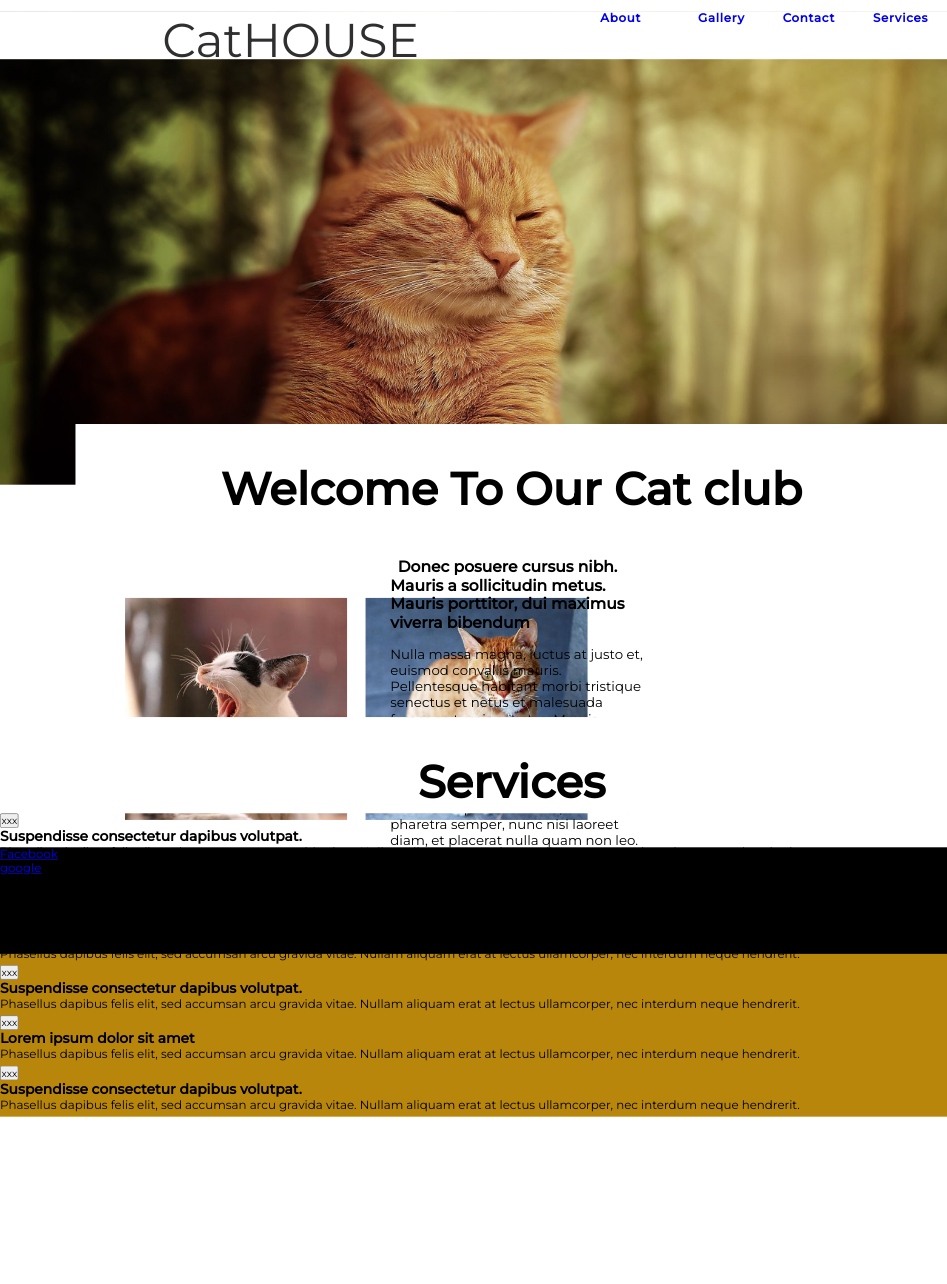
Repository: raul4264/final
Page: index.html
These files come from the project's save history. The page is drawn as it stood at one moment and after the next save; the edit follows.
The browser window is 1280 px wide. The pictures show the whole page, at 74% of full size.

Above is the page before, as saved 2021-03-23 13:14:51.

### index.html
<!DOCTYPE html>
<html lang="en">

<head>
    <meta charset="UTF-8" />
    <meta http-equiv="X-UA-Compatible" content="IE=edge" />
    <meta name="viewport" content="width=device-width, initial-scale=1.0" />
    <title>Cat House/Raul Novas</title>
    <link href="css/estilos.css" rel="stylesheet" type="text/css" />
</head>

<body>
<div id="grilla">
    <header>

        <div class="banner">


            <nav>
                <div class="item1"></div>
                <div class="item2"><span>Cat</span><span>HOUSE</span></div>


                <ul class="flex-container">
                    <li class="item3"><a href="about.html">About</li>
                    <li class="item4"><a href="Gallery.html">Gallery</a></li>
                    <li class="item5"><a href="Contact.html">Contact</a></li>
                    <li class="item6"><a href="Services.html ">Services</a></li>
                </ul>
            </nav>
        </div>

    </header>


    <main>
        <section class="welcome">
            <h2>Welcome To Our Cat club</h2>
            <div class="caja">

                <div class="container1 ">
                    <img src="images/2.jpg " alt="imagen2 " />
                    <img src="images/3.jpg " alt="imagen3 " />
                </div>



                <span class="container3 ">
                    <span class="uno">Donec posuere cursus nibh. Mauris a sollicitudin metus. Mauris porttitor, dui maximus viverra
                        bibendum</span>
                <p class="dos">Nulla massa magna, luctus at justo et, euismod convallis mauris. Pellentesque habitant morbi tristique senectus et netus et malesuada fames ac turpis egestas. Mauris rutrum fringilla fermentum.
                </p>
                <span class="dosbis">Donec tincidunt, eros quis consectetur maximus, nibh justo pretium diam, id vehicula lacus
                        nunc eu orci. Aliquam molestie, nibh vitae pharetra semper, nunc nisi laoreet diam, et placerat
                        nulla quam non leo.</span>
                </span>
            </div>
        </section>
        <section class="services">
            <h2>Services</h2>
            <div>
            <button>xxx</button>
            <h3>Suspendisse consectetur dapibus volutpat.</h3>
            <p>
                Phasellus dapibus felis elit, sed accumsan arcu gravida vitae. Nullam aliquam erat at lectus
                ullamcorper, nec interdum neque hendrerit.</p>
            </div>
            <div>
            <button>xxx</button>
            <h3>Lorem ipsum dolor sit amet</h3>
            <p>Phasellus dapibus felis elit, sed accumsan arcu gravida vitae. Nullam aliquam erat at lectus
                ullamcorper,
                nec interdum neque hendrerit.</p>
            </div>
            <div>
            <button>xxx</button>
            <h3>Suspendisse consectetur dapibus volutpat.</h3>
            <p>
                Phasellus dapibus felis elit, sed accumsan arcu gravida vitae. Nullam aliquam erat at lectus
                ullamcorper, nec interdum neque hendrerit.</p>
            </div>
            <div>
            <button>xxx</button>
            <h3>Suspendisse consectetur dapibus volutpat.</h3>
            <p>

                Phasellus dapibus felis elit, sed accumsan arcu gravida vitae. Nullam aliquam erat at lectus
                ullamcorper, nec interdum neque hendrerit.
            </p>
        </div>
        <div>
            <button>xxx</button>
            <h3>Lorem ipsum dolor sit amet
            </h3>
            <p>Phasellus dapibus felis elit, sed accumsan arcu gravida vitae. Nullam aliquam erat at lectus
                ullamcorper, nec interdum neque hendrerit.</p>
            </div>
            <div>
            <button>xxx</button>
            <h3>Suspendisse consectetur dapibus volutpat.</h3>
            <p>Phasellus dapibus felis elit, sed accumsan arcu gravida vitae. Nullam aliquam erat at lectus
                ullamcorper, nec interdum neque hendrerit.</p>
            </div>
            </section>
    </main>



    <footer>
        <ol>
            <li>
                <a href="http://www.facebook.com " target="blanck ">Facebook</a>
            </li>
            <li><a href="http://www.google.com " target="blanck ">google</a></li>
        </ol>
    </footer>
</div>
</body>

</html>

### css/estilos.css
@import url('https://fonts.googleapis.com/css2?family=Montserrat:wght@400;500&display=swap');
@import url('https://fonts.googleapis.com/css2?family=Montserrat:wght@400;500&family=Poppins:wght@300&display=swap');
* {
    font-family: 'Montserrat', sans-serif;
    margin: 0 ;
    padding: 0;
}
#grilla{
    display: grid;
    grid-template-columns: 100%;
    grid-template-rows:33% 33% 33% ;
}
header{
    grid-column-start:1 ;
    grid-column-end: 2;
    grid-row-start: 1;
    grid-row-end: 2;
}
main{ grid-column-start:1 ;
    grid-column-end: 2;
    grid-row-start: 2;
    grid-row-end: 3;
}
footer{ grid-column-start:1 ;
    grid-column-end: 2;
    grid-row-start: 3;
    grid-row-end: 4;
}
.banner {
    background: url(../images/1.jpg) no-repeat 0px 0px;
    background-size: cover;
    padding: 0em 0 4em;
    height: 80vh;
}

nav {
    display: flex;
    flex-direction: row;
    justify-content: space-between;
    height: 9vh;
    background-color: #ffffff;
    margin-top: 15px;
}

nav ul {
    display: flex;
}

nav ul li {
    display: flex;
    list-style: none;
}

nav ul li a {
    text-decoration: none;
    margin-right: 2vw;
}


/*---------------------------------------------------------*/
.welcome{
    height: 55vh;
    display: grid;
    grid-template-columns: ;
    grid-template-rows: ;
}
.services{
    height: 75vh;
    background-color: darkgoldenrod;
    display: grid;
    grid-template-columns: ;
    grid-template-rows: ;
}
.item1 {
    color: #2f2f2f;
    font-size: 4.5em;
    font-weight: 700;
    flex-grow: 2;
    font-family: 'Raleway', sans-serif;
}

.item2 {
    color: #2f2f2f;
    font-weight: 300;
    font-size: 4em;
    flex-grow: 2;
}

.item3 {
    color: #2f2f2f !important;
    font-size: 1em;
    text-decoration: none;
    margin-left: 2vw;
    font-weight: 600;
    font-family: 'Roboto Condensed', sans-serif;
    letter-spacing: 1px;
    flex-grow: 2;
}

.item4 {
    color: #2f2f2f !important;
    font-size: 1em;
    text-decoration: none;
    padding: 0;
    font-weight: 600;
    font-family: 'Roboto Condensed', sans-serif;
    letter-spacing: 1px;
    flex-grow: 2;
    margin-left: 2vw;
}

.item5 {
    color: #2f2f2f !important;
    font-size: 1em;
    margin: 0;
    text-decoration: none;
    font-weight: 600;
    font-family: 'Roboto Condensed', sans-serif;
    letter-spacing: 1px;
    flex-grow: 1;
    margin-left: 2vw;
}

.item6 {
    color: #2f2f2f !important;
    font-size: 1em;
    text-decoration: none;
    padding: 0;
    font-weight: 600;
    font-family: 'Roboto Condensed', sans-serif;
    letter-spacing: 1px;
    flex-grow: 1;
    margin-left: 2vw;
}

h2 {
    background-color: #ffffff;
    text-align: center;
    font-size: 3.8em;
    padding-top: 7vh;
    margin-left: 8vw;
    display: inline-block;
}

.caja {
    background-color: #ffffff;
    display: flex;
    height: 69vh;
    flex-direction: row;
    justify-content: space-around;
    align-items: center;
    box-sizing: border-box;
}

h1 {
    margin-left: 20vw;
}

.container1 {
    display: flex;
    width: 300px;
    height: 300px;
    margin-left: 120px;
}

img {
    width: 100%;
    height: 100%;
    object-fit: contain;
    padding: 1vw;
}

.container3 {
    width: 27vw;
    margin-right: 29vw;
    font-size: 10px;
    box-sizing: content-box;
    margin-top: 10px;
}

.container3 .uno {
    font-size: 2.1em;
    font-weight: bolder;
    margin-bottom: 5px;
    padding: 10px;
}

.container3 .dos {
    font-size: 1.8em;
    padding: 10px 0;
    margin-top: 10px;
}

.container3 .dosbis {
    font-size: 1.8em;
    padding: 10px 0;
    margin: 10px 0;
}



footer {
    display: flex;
    height: 20vh;
    background-color: black;
}

After the next save:
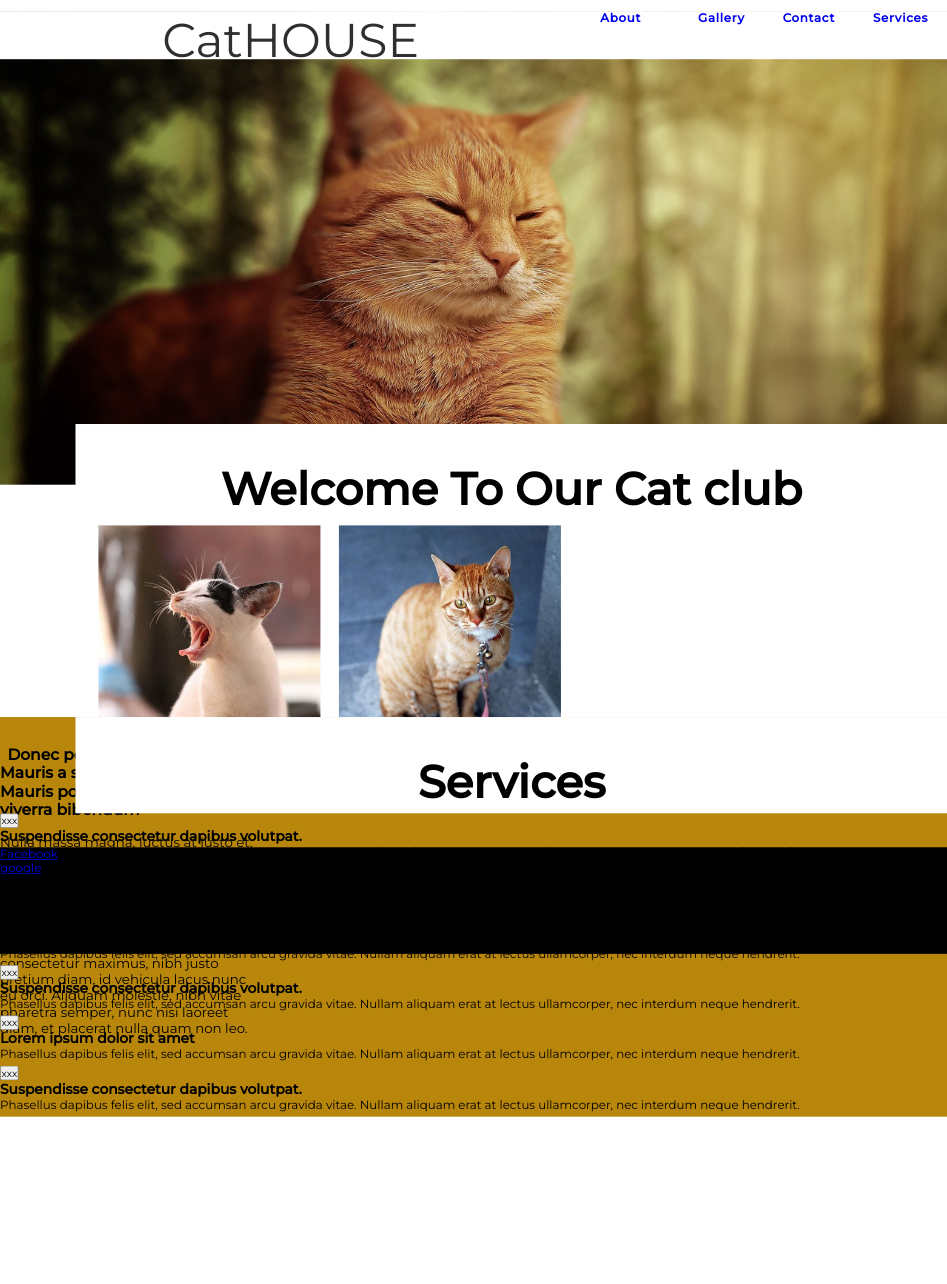
Saved 77 s later.
--- a/index.html
+++ b/index.html
@@ -36,7 +36,7 @@
     <main>
         <section class="welcome">
             <h2>Welcome To Our Cat club</h2>
-            <div class="caja">
+
 
                 <div class="container1 ">
                     <img src="images/2.jpg " alt="imagen2 " />
@@ -54,7 +54,7 @@
                         nunc eu orci. Aliquam molestie, nibh vitae pharetra semper, nunc nisi laoreet diam, et placerat
                         nulla quam non leo.</span>
                 </span>
-            </div>
+
         </section>
         <section class="services">
             <h2>Services</h2>
